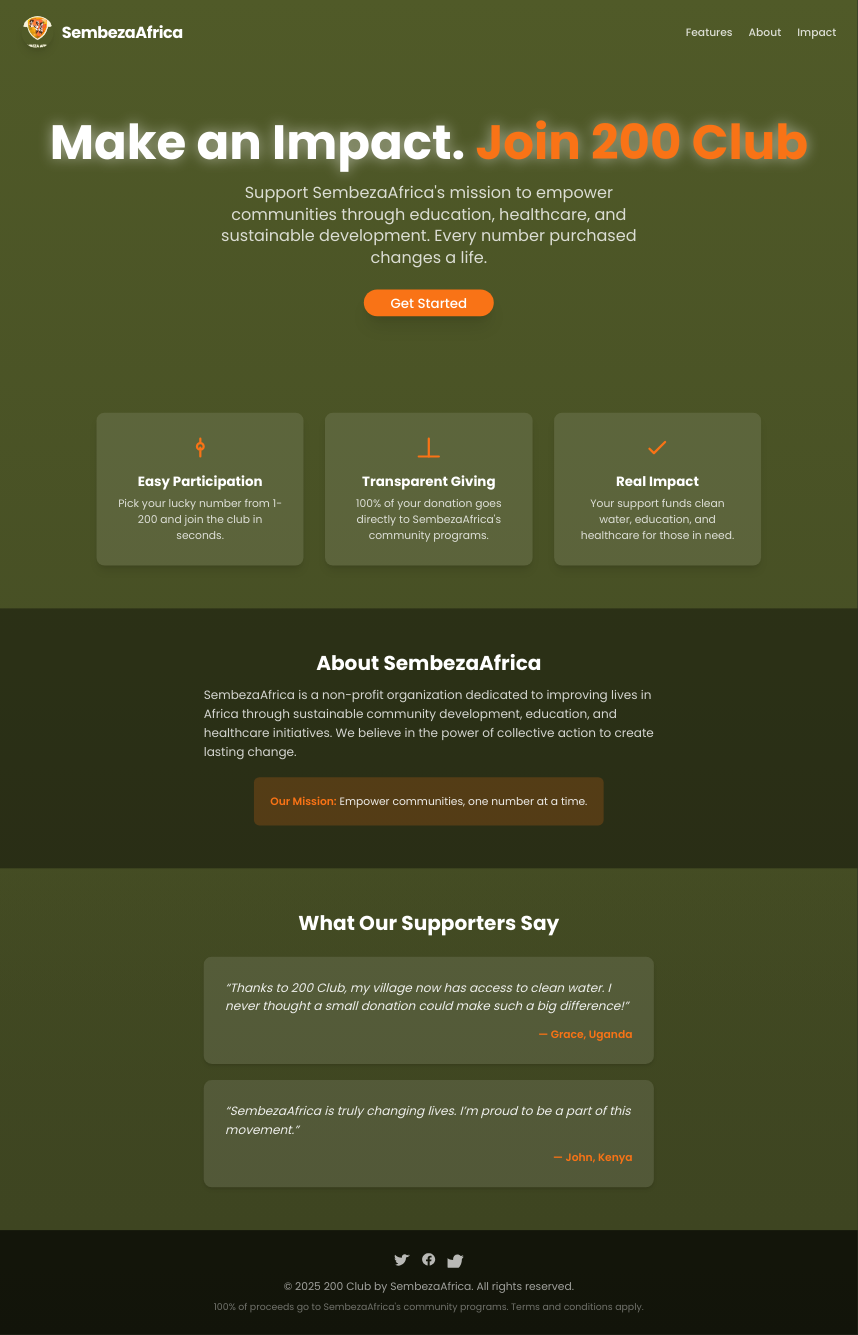
Repository: kaizoku010/200club
Page: /
The author's editor kept a copy of each file at every save. The page is drawn from the files as they stood at one save, then again after the next save.
The browser window is 1280 px wide. The pictures show the whole page, at 67% of full size.
The project was rebuilt for these pictures with package versions that can differ from the ones it lists, and the page was loaded fresh each time. Also part of the build but not shown: vite.config.ts, src/components/ui/tooltip.tsx, src/components/Header.tsx, src/services/soundService.ts, src/components/NumberGrid.tsx, src/components/ui/use-toast.ts, src/components/ui/sound-button.tsx, src/components/RandomizeButton.tsx and 13 more.

Above is the page before, as saved 2025-06-10 10:34:00.

After the next save:
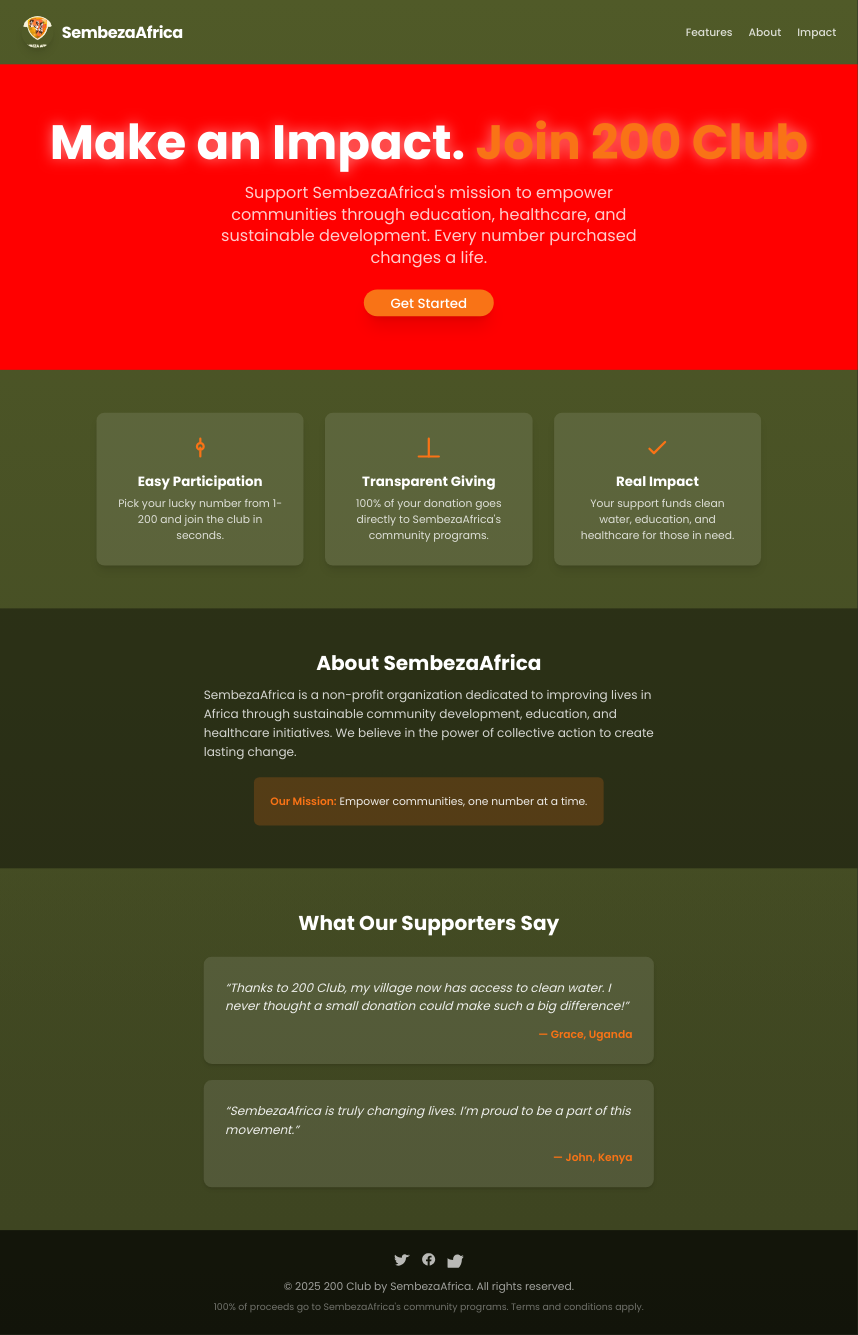
Saved 6 s later.
--- a/src/pages/main.css
+++ b/src/pages/main.css
@@ -2,3 +2,7 @@
     background: url('/assets/images/sembeza-africa.jpg') no-repeat center center fixed;
     background-size: cover;
 } */
+
+#hero-section{
+    background-color: red;
+}
